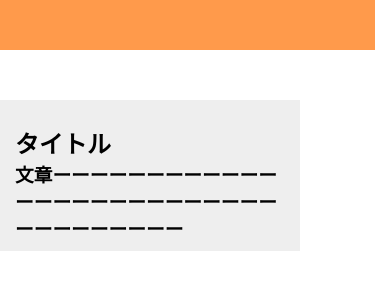
Repository: yuu3176/theme1
Page: 1-9-2/1-9-2.html
The author's editor kept a record of every edit. The page is drawn from the files as they stood at one moment, then again after the next edit.
The browser window is 375 px wide. The pictures show the whole page.

Above is the page before.

After the next edit:
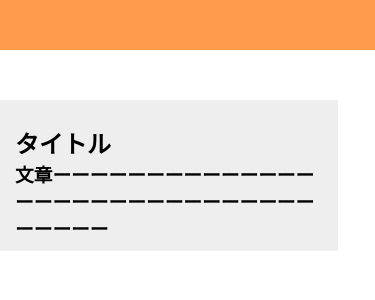
The edit:
--- a/1-9-2/1-9-2.css
+++ b/1-9-2/1-9-2.css
@@ -75,22 +75,18 @@
   }
 
   .box{
+    width: 90%;
+  }
+
+  .box-image1 .box-image2 .box-image3{
+    height: 150px;
+  }
+
+  {
 
   }
 
-  .box-step{
-
-  }
-
-  .box-image1{
-
-  }
-
-  .box-image2{
-
-  }
-
-  .box-image3{
+  {
 
   }
 
